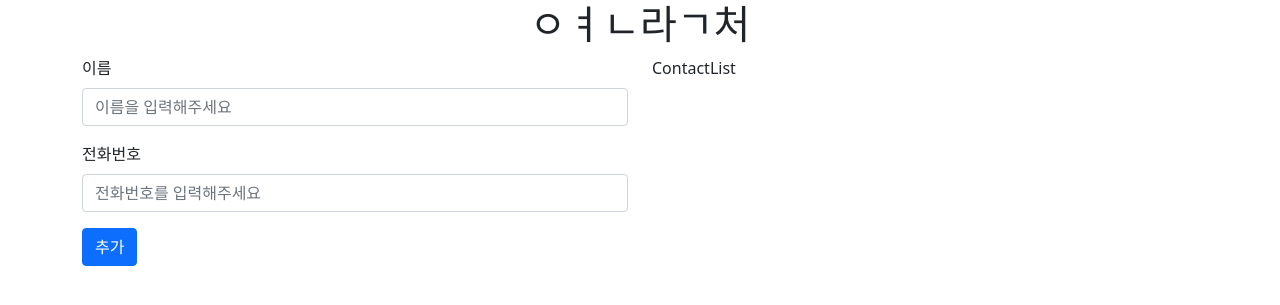
Repository: woojinShim/Noona
Page: / (app in noona-phonebook/)
The author's editor kept a copy of each file at every save. The page is drawn from the files as they stood at one save, then again after a run of saves.
The browser window is 1280 px wide. The pictures show the whole page.
The project was rebuilt for these pictures with package versions that can differ from the ones it lists, and the page was loaded fresh each time.

Above is the page before, as saved 2022-06-25 22:38:10.

After the next 2 saves:
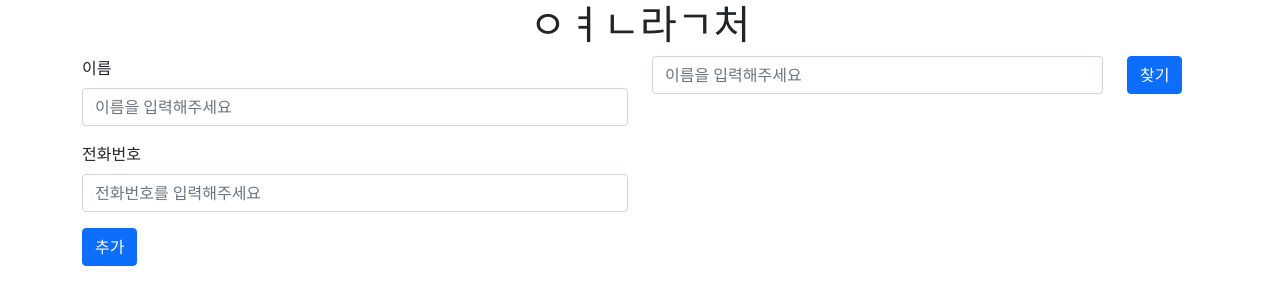
The 2 saves are shown as one change because 1 did not build or start.
The last was saved 45 s later.
--- a/noona-phonebook/src/components/ContactList.js
+++ b/noona-phonebook/src/components/ContactList.js
@@ -1,5 +1,10 @@
 import React from "react";
+import { SearchBox } from "./SearchBox";
 
 export const ContactList = () => {
-  return <div>ContactList</div>;
+  return (
+    <div>
+      <SearchBox />
+    </div>
+  );
 };
